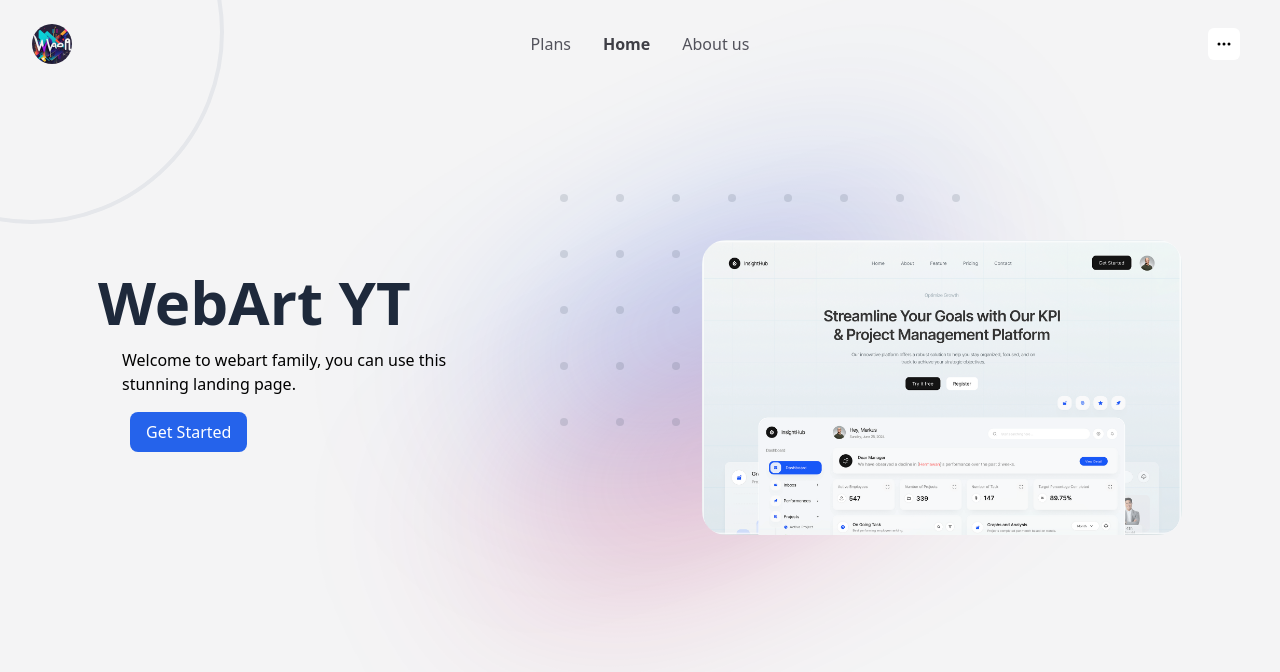
Repository: 30namp/youtube-web-art-code
Page: stunning landing page 1/index.html
The author's editor kept a copy of each file at every save. The page is drawn from the files as they stood at one save, then again after the next save.
The browser window is 1280 px wide. The pictures show the whole page.

Above is the page before, as saved 2024-09-26 21:24:36.

### stunning landing page 1/index.html
<!DOCTYPE html>
<html lang="en">
  <head>
    <meta charset="UTF-8" />
    <meta name="viewport" content="width=device-width, initial-scale=1.0" />
    <title>WebArt Design</title>
    <script src="./tailwindcss.min.js"></script>
  </head>
  <body class="min-h-screen bg-zinc-100">
    <div
      class="absolute right-[25%] top-[60%] h-12 w-[30rem] rounded-[100%] rotate-[-25deg] bg-pink-700 blur-[6rem]"
    ></div>
    <div
      class="absolute right-[25%] top-[40%] h-12 w-[30rem] rounded-[100%] rotate-[-25deg] bg-blue-700 blur-[6rem]"
    ></div>
    <div
      class="grid grid-cols-8 gap-12 absolute right-[25%] top-[27%] animate-pulse"
    >
      <div class="rounded-full bg-slate-700/30 size-2 shadow-lg"></div>
      <div class="rounded-full bg-slate-700/30 size-2 shadow-lg"></div>
      <div class="rounded-full bg-slate-700/30 size-2 shadow-lg"></div>
      <div class="rounded-full bg-slate-700/30 size-2 shadow-lg"></div>
      <div class="rounded-full bg-slate-700/30 size-2 shadow-lg"></div>
      <div class="rounded-full bg-slate-700/30 size-2 shadow-lg"></div>
      <div class="rounded-full bg-slate-700/30 size-2 shadow-lg"></div>
      <div class="rounded-full bg-slate-700/30 size-2 shadow-lg"></div>
      <div class="rounded-full bg-slate-700/30 size-2 shadow-lg"></div>
      <div class="rounded-full bg-slate-700/30 size-2 shadow-lg"></div>
      <div class="rounded-full bg-slate-700/30 size-2 shadow-lg"></div>
      <div class="rounded-full bg-slate-700/30 size-2 shadow-lg"></div>
      <div class="rounded-full bg-slate-700/30 size-2 shadow-lg"></div>
      <div class="rounded-full bg-slate-700/30 size-2 shadow-lg"></div>
      <div class="rounded-full bg-slate-700/30 size-2 shadow-lg"></div>
      <div class="rounded-full bg-slate-700/30 size-2 shadow-lg"></div>
      <div class="rounded-full bg-slate-700/30 size-2 shadow-lg"></div>
      <div class="rounded-full bg-slate-700/30 size-2 shadow-lg"></div>
      <div class="rounded-full bg-slate-700/30 size-2 shadow-lg"></div>
      <div class="rounded-full bg-slate-700/30 size-2 shadow-lg"></div>
      <div class="rounded-full bg-slate-700/30 size-2 shadow-lg"></div>
      <div class="rounded-full bg-slate-700/30 size-2 shadow-lg"></div>
      <div class="rounded-full bg-slate-700/30 size-2 shadow-lg"></div>
      <div class="rounded-full bg-slate-700/30 size-2 shadow-lg"></div>
      <div class="rounded-full bg-slate-700/30 size-2 shadow-lg"></div>
      <div class="rounded-full bg-slate-700/30 size-2 shadow-lg"></div>
      <div class="rounded-full bg-slate-700/30 size-2 shadow-lg"></div>
      <div class="rounded-full bg-slate-700/30 size-2 shadow-lg"></div>
      <div class="rounded-full bg-slate-700/30 size-2 shadow-lg"></div>
      <div class="rounded-full bg-slate-700/30 size-2 shadow-lg"></div>
      <div class="rounded-full bg-slate-700/30 size-2 shadow-lg"></div>
      <div class="rounded-full bg-slate-700/30 size-2 shadow-lg"></div>
      <div class="rounded-full bg-slate-700/30 size-2 shadow-lg"></div>
      <div class="rounded-full bg-slate-700/30 size-2 shadow-lg"></div>
      <div class="rounded-full bg-slate-700/30 size-2 shadow-lg"></div>
      <div class="rounded-full bg-slate-700/30 size-2 shadow-lg"></div>
      <div class="rounded-full bg-slate-700/30 size-2 shadow-lg"></div>
      <div class="rounded-full bg-slate-700/30 size-2 shadow-lg"></div>
      <div class="rounded-full bg-slate-700/30 size-2 shadow-lg"></div>
      <div class="rounded-full bg-slate-700/30 size-2 shadow-lg"></div>
    </div>

    <div
      class="circle size-96 rounded-full border-4 absolute -top-40 -left-40"
    ></div>

    <!-- navbar -->
    <nav
      class="z-10 absolute top-0 left-0 right-0 flex justify-center items-center py-8 px-8"
    >
      <a href="/" class="absolute left-0 px-8">
        <img class="size-10 rounded-full" src="./assets/img/logo.jpg" alt="" />
      </a>

      <div class="options flex items-center gap-8">
        <a class="text-zinc-600" href="#">Plans</a>
        <a class="text-zinc-700 font-semibold" href="#">Home</a>
        <a class="text-zinc-600" href="#">About us</a>
      </div>

      <button
        class="absolute p-2 bg-white rounded-md right-0 mx-10 hover:scale-105 active:scale-100 transition"
      >
        <svg
          xmlns="http://www.w3.org/2000/svg"
          width="16"
          height="16"
          fill="currentColor"
          class="bi bi-three-dots"
          viewBox="0 0 16 16"
        >
          <path
            d="M3 9.5a1.5 1.5 0 1 1 0-3 1.5 1.5 0 0 1 0 3m5 0a1.5 1.5 0 1 1 0-3 1.5 1.5 0 0 1 0 3m5 0a1.5 1.5 0 1 1 0-3 1.5 1.5 0 0 1 0 3"
          />
        </svg>
      </button>
    </nav>

    <!-- hero section -->
    <div class="hero-section relative pt-60 flex justify-around items-start">
      <div class="content flex flex-col items-start gap-4 pt-8">
        <h1 class="text-6xl font-bold text-slate-800">WebArt YT</h1>
        <p class="description w-96 ml-6">
          Welcome to webart family, you can use this stunning landing page.
        </p>
        <button
          class="ml-8 px-4 py-2 rounded-lg bg-blue-600 text-white hover:scale-105 active:scale-100 transition"
        >
          Get Started
        </button>
      </div>
      <img class="w-[30rem] rounded-3xl" src="./assets/img/img.png" alt="" />
    </div>
  </body>
</html>

Loaded but not shown: stunning landing page 1/tailwindcss.min.js (library)

After the next save:
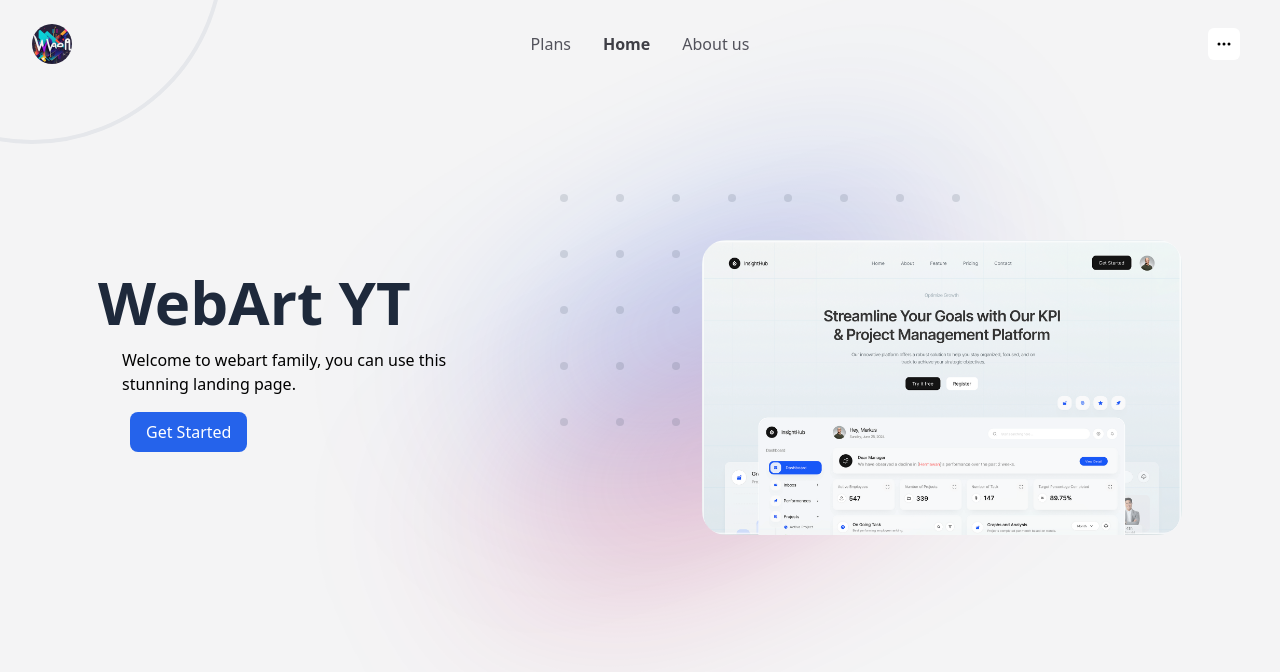
Saved 9 s later.
--- a/stunning landing page 1/index.html
+++ b/stunning landing page 1/index.html
@@ -59,7 +59,7 @@
     </div>
 
     <div
-      class="circle size-96 rounded-full border-4 absolute -top-40 -left-40"
+      class="circle size-96 rounded-full border-4 absolute -top-60 -left-40"
     ></div>
 
     <!-- navbar -->
